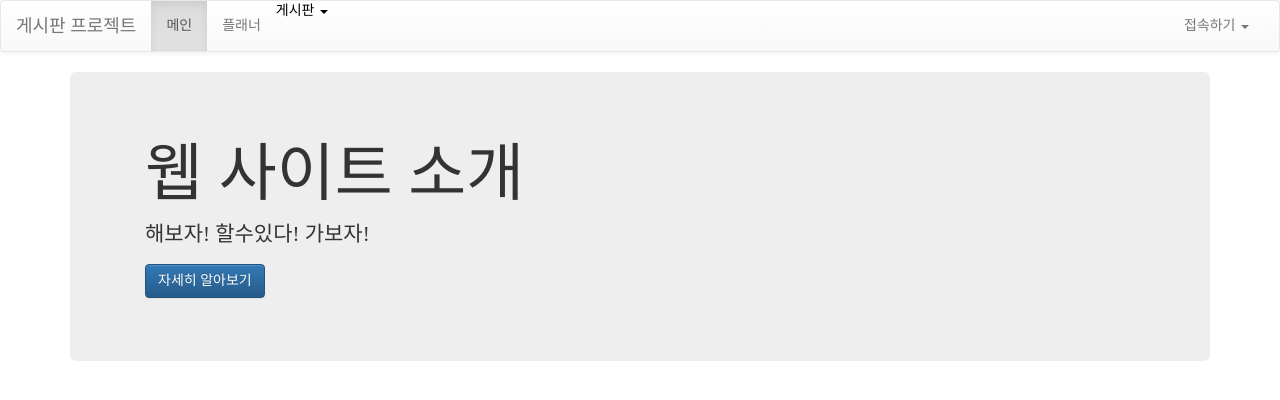
Repository: Seok7975/Project_PlannerSharingBoard
Page: http://localhost/ToDoList공유_게시판_ver3/main.jsp
These files come from the project's save history. The page is drawn as it stood at one moment and after the next save; the edit follows.
The browser window is 1280 px wide. The pictures show the whole page.
Some web fonts or font styles are not loaded; a fallback is used. Some web libraries are served in a nearby version. The page is served by Tomcat 9. Other server files are loaded and not shown.

Above is the page before, as saved 2024-07-04 05:36:02.

### List_Projects_ver3/ToDoList공유 게시판_ver3/src/main/webapp/main.jsp
<%--  <!-- 회원가입화면 -->
<%@ page language="java" contentType="text/html; charset=UTF-8"
    pageEncoding="UTF-8"%>
<%@ page import="java.io.PrintWriter" %>
<!DOCTYPE html>
<html>
<head>
<meta http-equiv="Content-Type" content="text/html; charset=UTF-8">
<meta name="viewport" content="width=device-width, initial-scale=1">
<!-- Latest compiled and minified CSS -->
<link rel="stylesheet" href="https://cdn.jsdelivr.net/npm/bootstrap@3.3.7/dist/css/bootstrap.min.css" integrity="sha384-BVYiiSIFeK1dGmJRAkycuHAHRg32OmUcww7on3RYdg4Va+PmSTsz/K68vbdEjh4u" crossorigin="anonymous">
<!-- Optional theme -->
<link rel="stylesheet" href="https://cdn.jsdelivr.net/npm/bootstrap@3.3.7/dist/css/bootstrap-theme.min.css" integrity="sha384-rHyoN1iRsVXV4nD0JutlnGaslCJuC7uwjduW9SVrLvRYooPp2bWYgmgJQIXwl/Sp" crossorigin="anonymous">
<!-- jQuery (necessary for Bootstrap's JavaScript plugins) -->
<script src="https://code.jquery.com/jquery-3.1.1.min.js"></script>
<!-- Latest compiled and minified JavaScript -->
<script src="https://cdn.jsdelivr.net/npm/bootstrap@3.3.7/dist/js/bootstrap.min.js" integrity="sha384-Tc5IQib027qvyjSMfHjOMaLkfuWVxZxUPnCJA7l2mCWNIpG9mGCD8wGNIcPD7Txa" crossorigin="anonymous"></script>
<title>JSP 게시판 웹 사이트</title>
</head>
<body>
<%
	String userID = null;
	if (session.getAttribute("userID") != null) {
		userID = (String) session.getAttribute("userID");
	}
%>
	<nav class="navbar navbar-default">
		<div class="container-fluid">
			<div class="navbar-header">
				<button type="button" class="navbar-toggle collapsed" data-toggle="collapse" data-target="#bs-example-navbar-collapse-1" aria-expanded="false">
					<span class="sr-only">Toggle navigation</span>
					<span class="icon-bar"></span>
					<span class="icon-bar"></span>
					<span class="icon-bar"></span>
				</button>
				<a class="navbar-brand" href="main.jsp">게시판 프로젝트</a>
			</div>
			<div class="collapse navbar-collapse" id="bs-example-navbar-collapse-1">
				<ul class="nav navbar-nav">
					<li class="active"><a href="main.jsp">메인</a></li>
					<li><a href="bbs.jsp">게시판</a></li>

				</ul>
				<%
					if(userID == null) {
				%>
					<ul class="nav navbar-nav navbar-right">
						<li class="dropdown">
							<a href="#" class="dropdown-toggle" data-toggle="dropdown" role="button" aria-haspopup="true" aria-expanded="false">접속하기 <span class="caret"></span></a>
							<ul class="dropdown-menu">
								<li><a href="login.jsp">로그인</a></li>
								<li><a href="join.jsp">회원가입</a></li>
							</ul>
						</li>
					</ul>
				<%
					} else {
				%>
						<ul class="nav navbar-nav navbar-right">
						<li class="dropdown">
							<a href="#" class="dropdown-toggle" data-toggle="dropdown" role="button" aria-haspopup="true" aria-expanded="false">회원관리<span class="caret"></span></a>
							<ul class="dropdown-menu">
								<li><a href="logoutAction.jsp">로그아웃</a></li>
							</ul>
						</li>
					</ul>
				<%
					}
				%>
			</div>
		</div>
	</nav>
</body>
</html>

  --%>


<%@page import="java.util.List"%>
<%@page import="java.util.ArrayList"%>
<%@ page language="java" contentType="text/html; charset=UTF-8"
    pageEncoding="UTF-8"%>
<!DOCTYPE html>
<html>
<head>
    <meta charset="UTF-8">
    <title>JSP 게시판 웹 사이트</title>
    <link rel="stylesheet" href="https://cdn.jsdelivr.net/npm/bootstrap@3.3.7/dist/css/bootstrap.min.css" integrity="sha384-BVYiiSIFeK1dGmJRAkycuHAHRg32OmUcww7on3RYdg4Va+PmSTsz/K68vbdEjh4u" crossorigin="anonymous">
    <link rel="stylesheet" href="https://cdn.jsdelivr.net/npm/bootstrap@3.3.7/dist/css/bootstrap-theme.min.css" integrity="sha384-rHyoN1iRsVXV4nD0JutlnGaslCJuC7uwjduW9SVrLvRYooPp2bWYgmgJQIXwl/Sp" crossorigin="anonymous">
    <link rel="stylesheet" href="css/bbsStyle.css"> <!-- 외부 CSS 파일 참조 -->
    <script src="https://code.jquery.com/jquery-3.1.1.min.js"></script>
    <script src="https://cdn.jsdelivr.net/npm/bootstrap@3.3.7/dist/js/bootstrap.min.js" integrity="sha384-Tc5IQib027qvyjSMfHjOMaLkfuWVxZxUPnCJA7l2mCWNIpG9mGCD8wGNIcPD7Txa" crossorigin="anonymous"></script>
    <link rel="stylesheet" href="css/jumbotronCustom.css">
</head>
<body>
<%
    String userID = null;
    if (session.getAttribute("userID") != null) {
        userID = (String) session.getAttribute("userID");
    }
%>
    <nav class="navbar navbar-default">
        <div class="container-fluid">
            <div class="navbar-header">
                <button type="button" class="navbar-toggle collapsed" data-toggle="collapse" data-target="#bs-example-navbar-collapse-1" aria-expanded="false">
                    <span class="sr-only">Toggle navigation</span>
                    <span class="icon-bar"></span>
                    <span class="icon-bar"></span>
                    <span class="icon-bar"></span>
                </button>
                <a class="navbar-brand" href="main.jsp">게시판 프로젝트</a>
            </div>
            <div class="collapse navbar-collapse" id="bs-example-navbar-collapse-1">
                <ul class="nav navbar-nav">
                    <li class="active"><a href="main.jsp">메인</a></li>
                    <a href="bbs.jsp?bbsCategory=all" role="button" aria-haspopup="true" aria-expanded="false">게시판 <span class="caret"></span></a>
                        <ul class="dropdown-menu">
                            <li><a href="bbs.jsp?bbsCategory=all">전체게시판</a></li>
                            <li><a href="bbs.jsp?bbsCategory=free">자유게시판</a></li>
                            <li><a href="bbs.jsp?bbsCategory=study">공부게시판</a></li>
                            <li><a href="bbs.jsp?bbsCategory=exercise">운동게시판</a></li>
                        </ul>
                    <li><a href="planner/planner.jsp">플래너</a></li> <!-- 플래너 메뉴 추가 -->
                </ul>
                <%
                    if(userID == null) {
                %>
                    <ul class="nav navbar-nav navbar-right">
                        <li class="dropdown">
                            <a href="#" class="dropdown-toggle" data-toggle="dropdown" role="button" aria-haspopup="true" aria-expanded="false">접속하기 <span class="caret"></span></a>
                            <ul class="dropdown-menu">
                                <li><a href="joinAndLogin/login.jsp">로그인</a></li>
                                <li><a href="joinAndLogin/join.jsp">회원가입</a></li>
                            </ul>
                        </li>
                    </ul>
                <%
                    } else {
                %>
                        <ul class="nav navbar-nav navbar-right">
                        <li class="dropdown">
                            <a href="#" class="dropdown-toggle" data-toggle="dropdown" role="button" aria-haspopup="true" aria-expanded="false">회원관리<span class="caret"></span></a>
                            <ul class="dropdown-menu">
                                <li><a href="profile.jsp">My Profile</a></li> <!-- My Profile 메뉴 추가 -->
                                <li><a href="joinAndLogin/logoutAction.jsp">로그아웃</a></li>
                            </ul>
                        </li>
                    </ul>
                <%
                    }
                %>
            </div>
        </div>
    </nav>

    <div class="container">
        <% if (userID != null) { %>
            <div class="alert alert-info" role="alert" style="margin-top: 20px;">
                <strong>로그인한 사용자:</strong> <%= userID %>
            </div>
        <% } %>
    	<div class="jumbotron">
    		<div class="container">
    			<h1>웹 사이트 소개</h1>
    			<p>해보자! 할수있다! 가보자!</p>
    			<p><a class="btn btn-primary btn-pull" href="#" role="button">자세히 알아보기</a>
    		</div>
    	</div>
    </div>
</body>
</html>

### List_Projects_ver3/ToDoList공유 게시판_ver3/src/main/webapp/css/bbsStyle.css
@charset "UTF-8";
/* body {
     background-color: #e0f7fa;   생동감 있는 옅은 파란색 배경
} */

a, a:hover {
    color : #000000;
    text-decoration: none;
}

.table {
    width: 100%;
    table-layout: fixed;
    border-collapse: collapse;
}

.table th.number-col {
    width: 8%;
}
.table th.title-col {
    width: 45%;
}
.table th.writer-col {
    width: 14%;
}

.table th.date-col {
	width: 15%;
}

.table th.viewCount-col {
	width: 8%;
}

.table th, .table td {
	/* border: 1px solid #ddd; */
	white-space: nowrap;
	overflow: hidden;
	text-overflow: ellipsis;
}

.table td {
    text-align: center;
    /* border: 1px solid #dddddd; */
       background-color: #fefefe;
}

### List_Projects_ver3/ToDoList공유 게시판_ver3/src/main/webapp/css/jumbotronCustom.css

@import url(http://fonts.googleapis.com/earlyaccess/nanumgothic.css);
@import url(http://fonts.googleapis.com/earlyaccess/hanna.css);
* {
	font-family : 'Nanum Gothic';
}

h1 {
	font-family : 'Hanna';
}

After the next save:
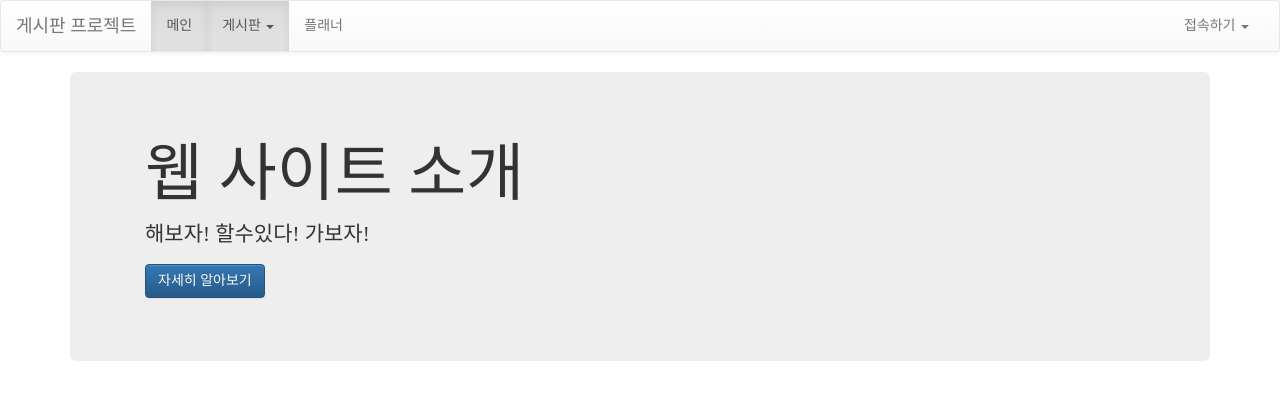
Saved 51 s later.
--- a/List_Projects_ver3/ToDoList공유 게시판_ver3/src/main/webapp/main.jsp
+++ b/List_Projects_ver3/ToDoList공유 게시판_ver3/src/main/webapp/main.jsp
@@ -113,13 +113,15 @@
             <div class="collapse navbar-collapse" id="bs-example-navbar-collapse-1">
                 <ul class="nav navbar-nav">
                     <li class="active"><a href="main.jsp">메인</a></li>
-                    <a href="bbs.jsp?bbsCategory=all" role="button" aria-haspopup="true" aria-expanded="false">게시판 <span class="caret"></span></a>
+                    <li class="dropdown active">
+	                    <a href="bbs.jsp?bbsCategory=all" role="button" aria-haspopup="true" aria-expanded="false">게시판 <span class="caret"></span></a>
                         <ul class="dropdown-menu">
                             <li><a href="bbs.jsp?bbsCategory=all">전체게시판</a></li>
                             <li><a href="bbs.jsp?bbsCategory=free">자유게시판</a></li>
                             <li><a href="bbs.jsp?bbsCategory=study">공부게시판</a></li>
                             <li><a href="bbs.jsp?bbsCategory=exercise">운동게시판</a></li>
                         </ul>
+                    </li>
                     <li><a href="planner/planner.jsp">플래너</a></li> <!-- 플래너 메뉴 추가 -->
                 </ul>
                 <%
